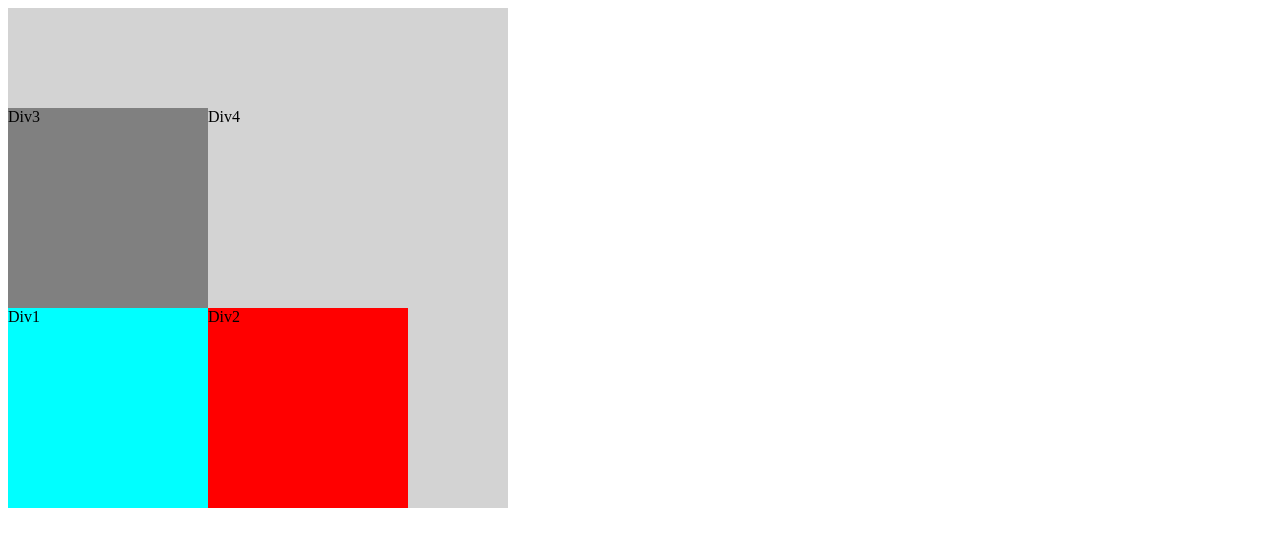
Repository: Sayan-100/Javascript
Page: Flex justify content/index.html
These files come from the project's save history. The page is drawn as it stood at one moment and after the next save; the edit follows.
The browser window is 1280 px wide. The pictures show the whole page.

Above is the page before, as saved 2021-12-31 16:54:55.

### Flex justify content/index.html
<!DOCTYPE html>
<html lang="en">

<head>
    <meta charset="UTF-8">
    <meta http-equiv="X-UA-Compatible" content="IE=edge">
    <meta name="viewport" content="width=device-width, initial-scale=1.0">
    <link rel="stylesheet" href="style.css">
    <title>Document</title>
</head>

<body>
    <div id="container">
        <div id="div1">
            Div1
        </div>
        <div id="div2">
            Div2
        </div>
        <div id="div3">
            Div3
        </div>
        <div id="div4">
            Div4
        </div>
        <div id="div5">
            Div5
        </div>
    </div>
</body>

</html>

### Flex justify content/style.css
 #container {
     /* height: 75vh; */
     /* to handle the overflowing */
     /* height: auto; */
     height: 500px;
     /* width: 75vw; */
     width: 500px;
     background-color: lightgrey;
     display: flex;
     /* default direction is row direction */
     /* flex-direction: column;*/
     flex-direction: row;
     /* flex-direction: row-reverse; */
     /* flex-direction: column-reverse; */
     /* the height and width is adjusted due to the flex property
       if we don't want that */
     /*default wrap property is no wrap*/
     /* flex-wrap: nowrap; */
     /* flex-wrap: wrap; */
     /* wrap in multiple lines */
     flex-wrap: wrap-reverse;
 }

 #container div {
     height: 200px;
     width: 200px;
 }

 #div1 {
     background-color: cyan;
 }

 #div2 {
     background-color: red;
 }

 #div3 {
     background-color: grey;
 }
 /* #div4 {
     background-color: orange;
 }

 #div5 {
     background-color: maroon;
 } */

After the next save:
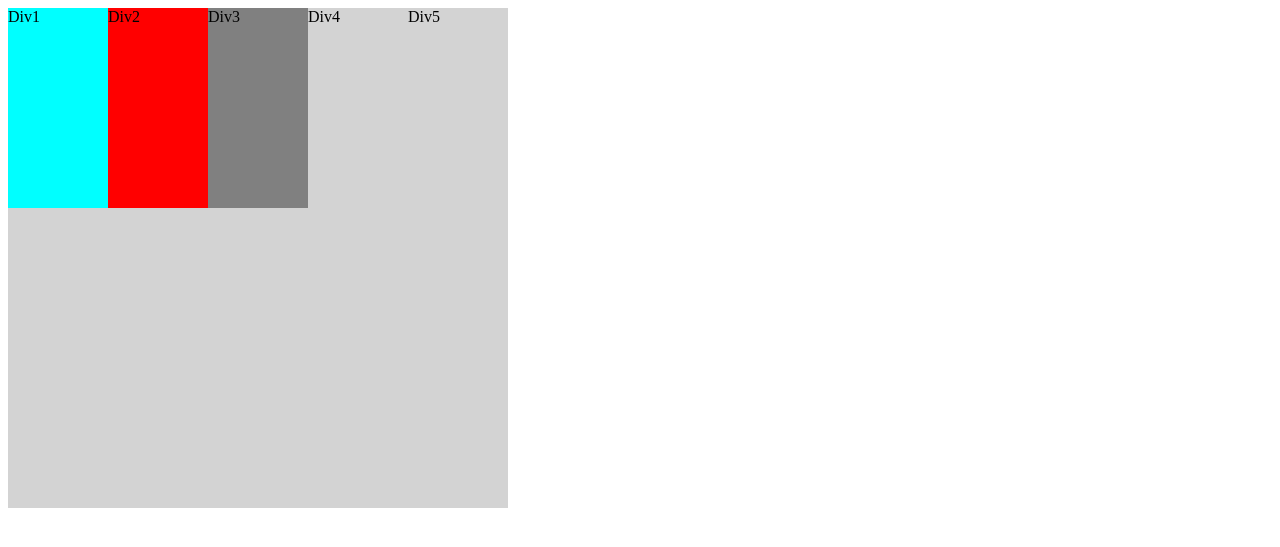
Saved 14 s later.
--- a/Flex justify content/style.css
+++ b/Flex justify content/style.css
@@ -9,7 +9,7 @@
      display: flex;
      /* default direction is row direction */
      /* flex-direction: column;*/
-     flex-direction: row;
+     /* flex-direction: row; */
      /* flex-direction: row-reverse; */
      /* flex-direction: column-reverse; */
      /* the height and width is adjusted due to the flex property
@@ -18,7 +18,7 @@
      /* flex-wrap: nowrap; */
      /* flex-wrap: wrap; */
      /* wrap in multiple lines */
-     flex-wrap: wrap-reverse;
+     /* flex-wrap: wrap-reverse; */
  }
 
  #container div {
